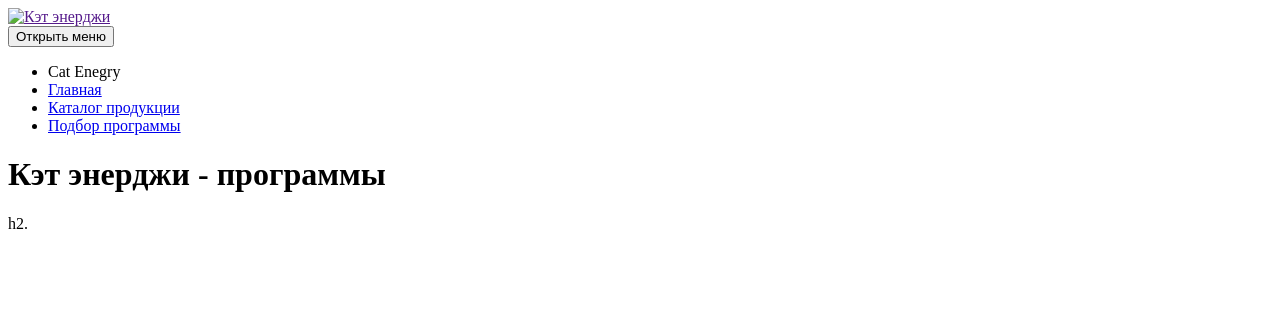
Repository: infernotw/1054987-cat-energy-17
Page: source/index.html
An editor plug-in stored every save of this project. The page is shown before and after the next save, followed by the edit.
The browser window is 1280 px wide. The pictures show the whole page.

Above is the page before, as saved 2019-07-17 03:55:55.

### source/index.html
<!DOCTYPE html>
<html lang="ru">

<head>
  <meta charset="utf-8">
  <title>HTML Academy: Кэт энерджи</title>
</head>

<body>

  <header class="page-header">
    <a href="" class="page-header__logo">
      <img src="#" alt="Кэт энерджи" width="" height="" class="page-header__logo-image">
    </a>
    <nav class="main-nav">
      <button class="main-nav__toggle" type="button">Открыть меню</button>
      <div class="main-nav__wrapper">
        <ul class="main-nav__list site-list">
          <li class="site-list__item">
            <a class="site-list__item site-list__item--active">Cat Enegry</a>
          </li>
          <li class="site-list__item">
            <a href="#">Главная</a>
          </li>
          <li class="site-list__item">
            <a href="catalog.html">Каталог продукции</a>
          </li>
          <li class="site-list__item">
            <a href="form.html">Подбор программы</a>
          </li>
        </ul>
      </div>
    </nav>
  </header>

  <main class="page-main">
    <h1 class="visually-hidden">Кэт энерджи - программы</h1>
    <section class="program">
      <header class="program__header">
        h2.
      </header>

    </section>



  </main>

</body>

</html>

After the next save:
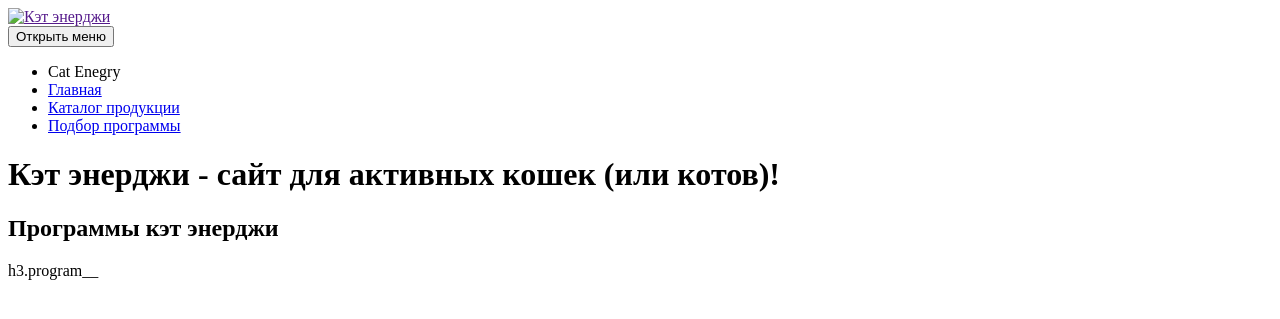
Saved 102 s later.
--- a/source/index.html
+++ b/source/index.html
@@ -34,10 +34,11 @@
   </header>
 
   <main class="page-main">
-    <h1 class="visually-hidden">Кэт энерджи - программы</h1>
+    <h1 class="visually-hidden">Кэт энерджи - сайт для активных кошек (или котов)!</h1>
     <section class="program">
       <header class="program__header">
-        h2.
+        <h2 class="visually-hidden">Программы кэт энерджи</h2>
+        h3.program__
       </header>
 
     </section>
